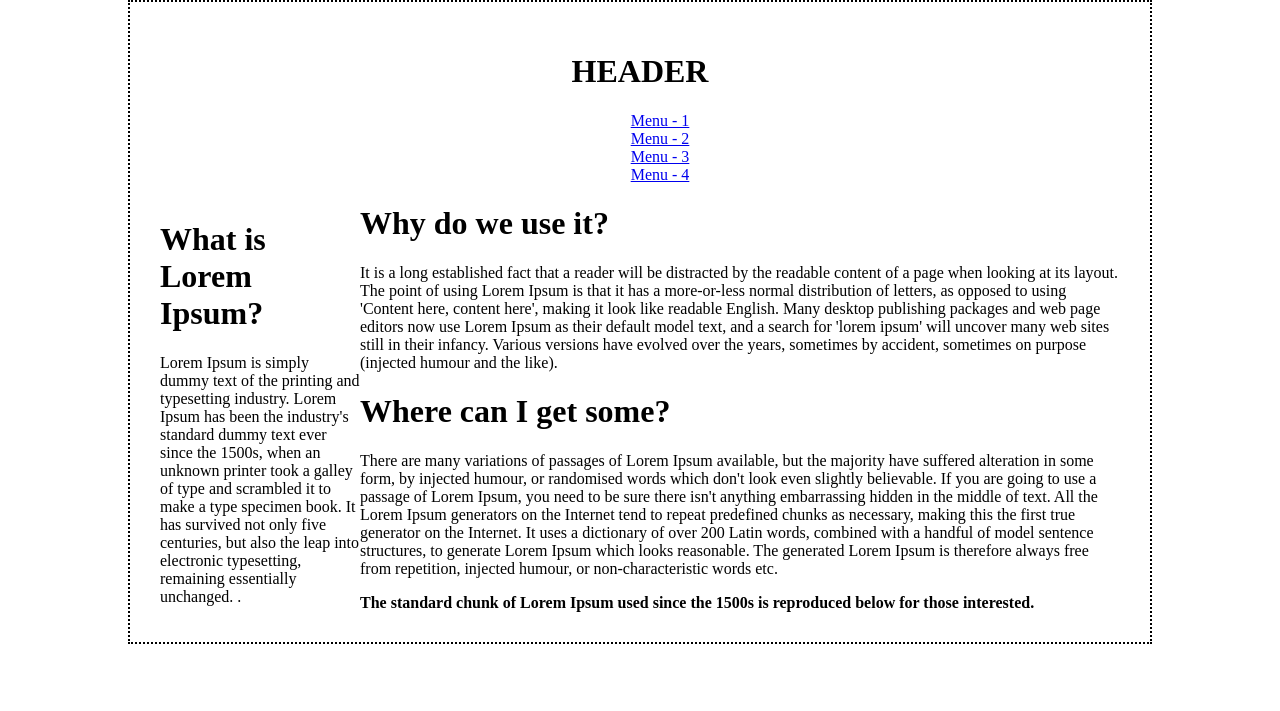
Repository: daeun0220/KB_EDU_JAVA
Page: work03_FrontUI/front01_HTML5/src/main/webapp/html07_div_template.html
The author's editor kept a copy of each file at every save. The page is drawn from the files as they stood at one save, then again after the next save.
The browser window is 1280 px wide. The pictures show the whole page.

Above is the page before, as saved 2023-08-07 07:17:11.

### work03_FrontUI/front01_HTML5/src/main/webapp/html07_div_template.html
<!DOCTYPE html>
<html>
<head>
<meta charset="UTF-8">
<title>div태그의 속성 id로 영역을 지정</title>
<style>
	body{
		width:960px;
		margin:0 auto;
		border: 2px dotted black;
		padding: 30px;
	}
	#header, #menu{
		text-align: center;
	}
	ul{
		list-style: none;
	}
	#section1{
		float: left;
		width: 200px;
	}


</style>
</head>
<body>
<div id="header">
	<h1>HEADER</h1>
</div>
<div id="menu">
	<ul>
		<li><a href="#">Menu  -   1</a></li>
		<li><a href="#">Menu  -   2</a></li>
		<li><a href="#">Menu  -   3</a></li>
		<li><a href="#">Menu  -   4</a></li>
	</ul>
</div>

	<div id="section1">
		<h1>What is Lorem Ipsum?</h1>
		<p>Lorem Ipsum is simply dummy text of the printing and typesetting industry. Lorem Ipsum has been the industry's standard dummy text ever since the 1500s, when an unknown printer took a galley of type and scrambled it to make a type specimen book. It has survived not only five centuries, but also the leap into electronic typesetting, remaining essentially unchanged. .</p>
	</div>
<div id="article">
	<div id="section2">
		<h1>Why do we use it?</h1>
		<p>It is a long established fact that a reader will be distracted by the readable content of a page when looking at its layout. The point of using Lorem Ipsum is that it has a more-or-less normal distribution of letters, as opposed to using 'Content here, content here', making it look like readable English. Many desktop publishing packages and web page editors now use Lorem Ipsum as their default model text, and a search for 'lorem ipsum' will uncover many web sites still in their infancy. Various versions have evolved over the years, sometimes by accident, sometimes on purpose (injected humour and the like).</p>
	</div>
	<div id="section3">
		<h1>Where can I get some?</h1>
		<p>There are many variations of passages of Lorem Ipsum available, but the majority have suffered alteration in some form, by injected humour, or randomised words which don't look even slightly believable. If you are going to use a passage of Lorem Ipsum, you need to be sure there isn't anything embarrassing hidden in the middle of text. All the Lorem Ipsum generators on the Internet tend to repeat predefined chunks as necessary, making this the first true generator on the Internet. It uses a dictionary of over 200 Latin words, combined with a handful of model sentence structures, to generate Lorem Ipsum which looks reasonable. The generated Lorem Ipsum is therefore always free from repetition, injected humour, or non-characteristic words etc.</p>
	</div>
</div>

<div id="footer">
	<span><b>The standard chunk of Lorem Ipsum used since the 1500s is reproduced below for those interested.</b></span>
</div>
</body>
</html>

After the next save:
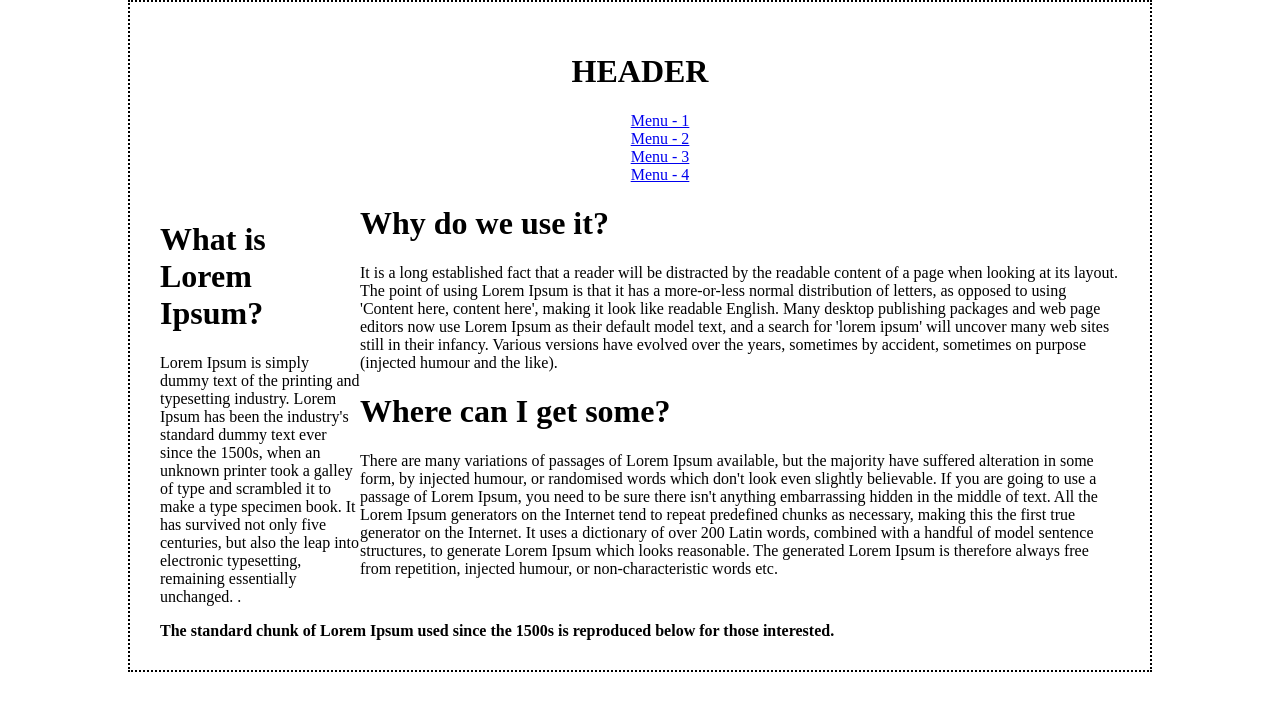
Saved 2 min 41 s later.
--- a/work03_FrontUI/front01_HTML5/src/main/webapp/html07_div_template.html
+++ b/work03_FrontUI/front01_HTML5/src/main/webapp/html07_div_template.html
@@ -19,6 +19,9 @@
 	#section1{
 		float: left;
 		width: 200px;
+	}
+	#footer{
+		clear: both;
 	}
 
 
